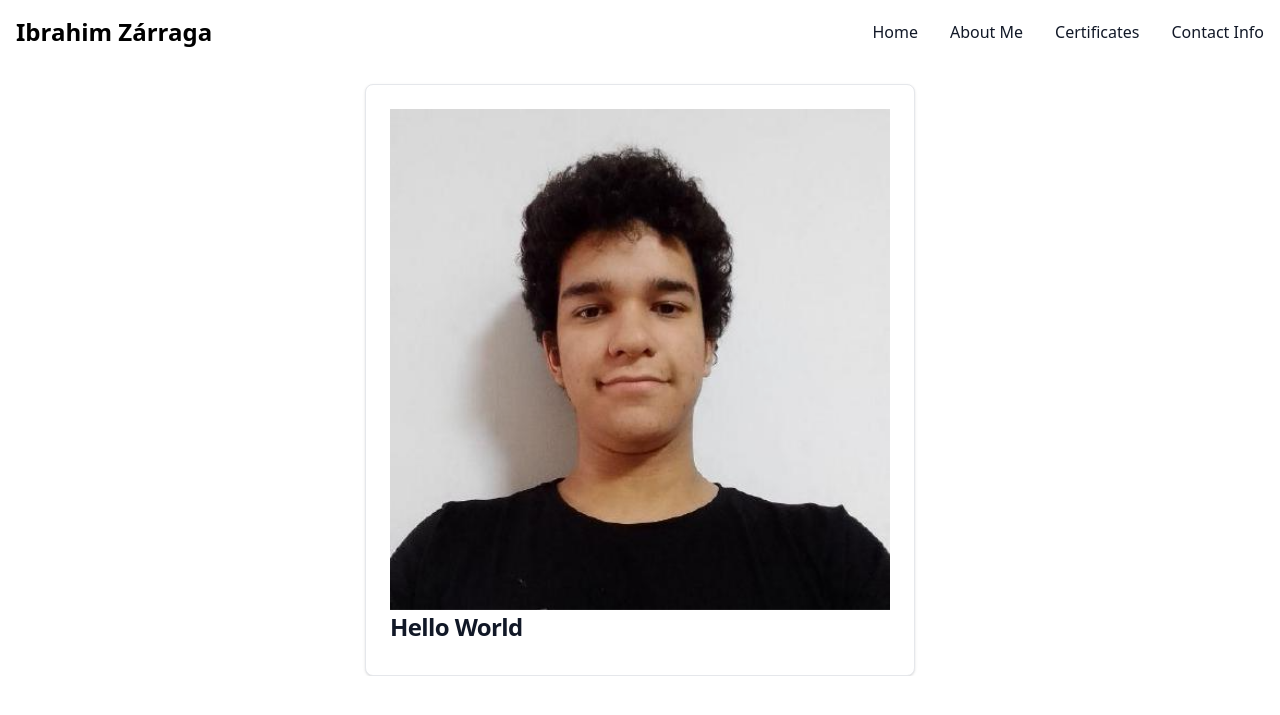
Repository: JetPi/Presentatio-Project
Page: /
These files come from the project's save history. The page is drawn as it stood at one moment and after the next save; the edit follows.
The browser window is 1280 px wide. The pictures show the whole page.
The project was rebuilt for these pictures with package versions that can differ from the ones it lists, and the page was loaded fresh each time. The framework's server and built-in components were replaced by stand-ins that run in the browser. Also part of the build but not shown: next.config.js.

Above is the page before, as saved 2023-03-30 16:51:02.

After the next save:
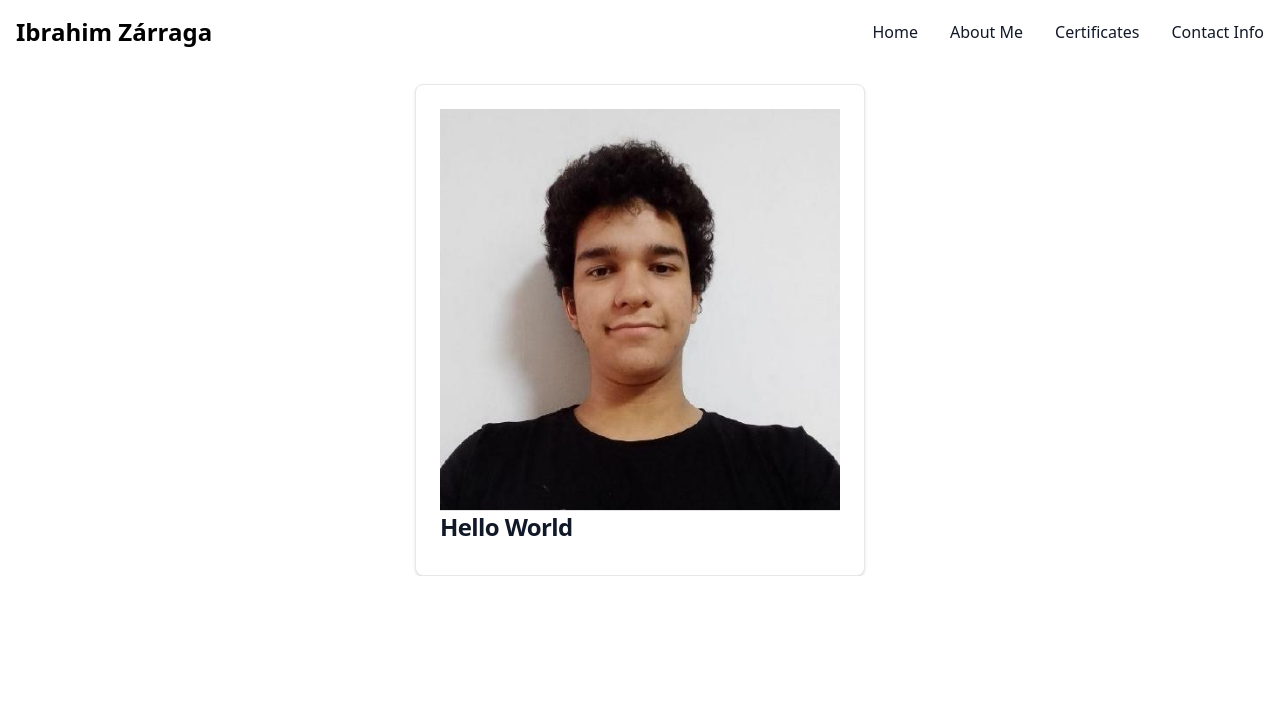
Saved 9 s later.
--- a/src/pages/index.tsx
+++ b/src/pages/index.tsx
@@ -14,8 +14,8 @@ export default function Home() {
         <Card href="/about/me" styling="flex flex-col justify-center">
           <Image
             src={"/Foto de Presentación.png"}
-            width={500}
-            height={500}
+            width={400}
+            height={400}
             alt={"Profile Photo"}
           />
           <CardTitle>Hello World</CardTitle>
